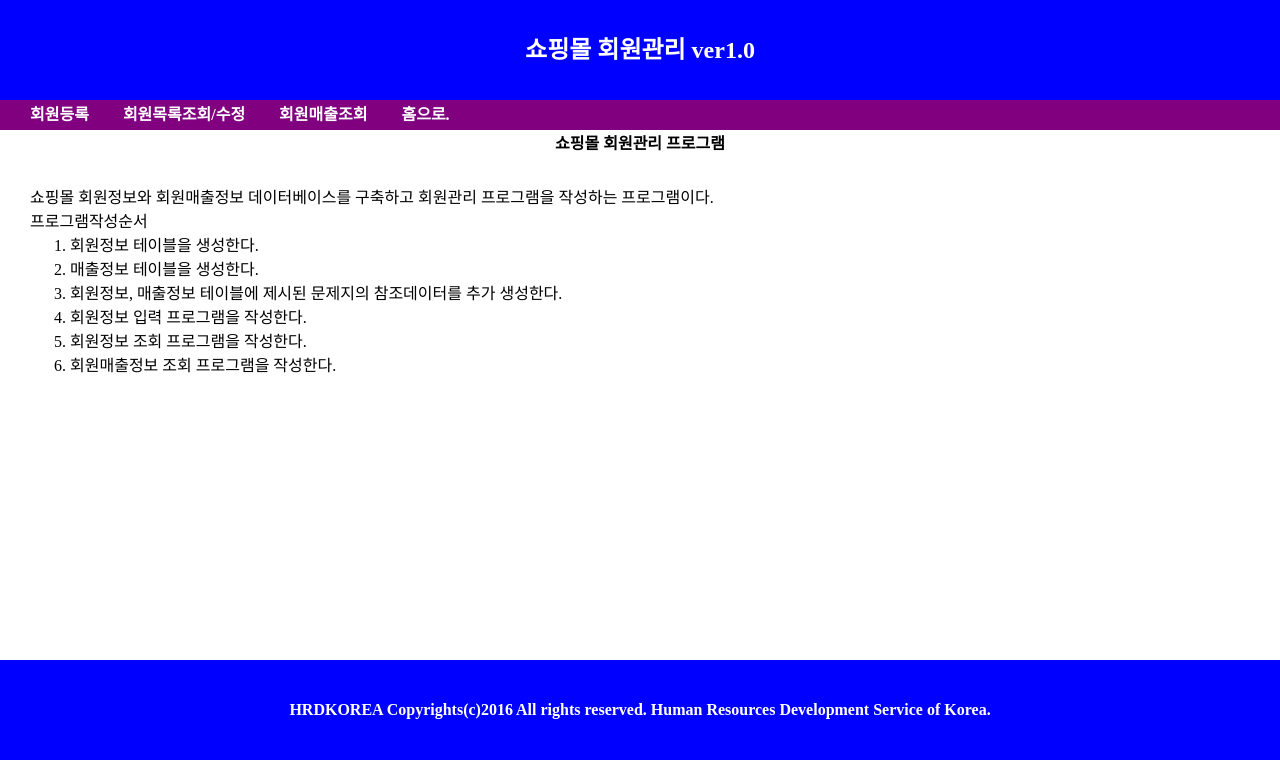
Repository: brightjy/Today-what-I-practiced
Page: http://localhost/HRD_0514/
An editor plug-in stored every save of this project. The page is shown before and after the next save, followed by the edit.
The browser window is 1280 px wide. The pictures show the whole page.
The page is served by Tomcat 9. Other server files are loaded and not shown.

Above is the page before, as saved 2020-05-14 12:19:04.

### hrdkorea_0514/HRD_0514/WebContent/index.jsp
<%@ page language="java" contentType="text/html; charset=UTF-8"
    pageEncoding="UTF-8"%>

<!DOCTYPE html>
<html>
<head>
<meta charset="UTF-8">
<title>Insert title here</title>
</head>
<body>
	<jsp:forward page="view/main.jsp"></jsp:forward>
</body>
</html>

### hrdkorea_0514/HRD_0514/WebContent/view/main.jsp
<%@ page language="java" contentType="text/html; charset=UTF-8"
    pageEncoding="UTF-8"%>
<!DOCTYPE html>
<html>
<head>
<meta charset="UTF-8">
<title>Insert title here</title>
</head>
<body>
<jsp:include page="header.jsp"></jsp:include>
<section>
<h4>쇼핑몰 회원관리 프로그램</h4>
<div>
	<p>쇼핑몰 회원정보와 회원매출정보 데이터베이스를 구축하고 회원관리 프로그램을 작성하는 프로그램이다.</p>
	<p>프로그램작성순서</p>
	<ol>
		<li>회원정보 테이블을 생성한다.</li>
		<li>매출정보 테이블을 생성한다.</li>
		<li>회원정보, 매출정보 테이블에 제시된 문제지의 참조데이터를 추가 생성한다.</li>
		<li>회원정보 입력 프로그램을 작성한다.</li>
		<li>회원정보 조회 프로그램을 작성한다.</li>
		<li>회원매출정보 조회 프로그램을 작성한다.</li>
	</ol>
</div>
</section>
<jsp:include page="footer.jsp"></jsp:include>
</body>
</html>

### hrdkorea_0514/HRD_0514/WebContent/view/header.jsp
<%@ page language="java" contentType="text/html; charset=UTF-8"
    pageEncoding="UTF-8"%>
<% String conPath = request.getContextPath(); %>
<!DOCTYPE html>
<html>
<head>
<meta charset="UTF-8">
<title>Insert title here</title>
<style>
*{margin:0 auto;}
h2, h4{text-align:center;}
a{text-decoration: none; padding-right:30px; color:white; font-weight:bold;}
header,footer{height:100px; background-color:blue; line-height:100px; color:white;}
nav{background-color:purple; height:30px; line-height:30px; padding-left:30px;}
section{height:530px;}
div{margin:30px;}
</style>
</head>
<body>
<header>
<h2>쇼핑몰 회원관리 ver1.0</h2>
</header>
<nav>
	<a href="<%=conPath %>/view/registerMemberView.jsp">회원등록</a>
	<a href="<%=conPath %>/view/memberList.jsp">회원목록조회/수정</a>
	<a href="<%=conPath %>/view/moneyList.jsp">회원매출조회</a>
	<a href="<%=conPath %>/view/main.jsp">홈으로.</a>
</nav>

</body>
</html>

### hrdkorea_0514/HRD_0514/WebContent/view/footer.jsp
<%@ page language="java" contentType="text/html; charset=UTF-8"
    pageEncoding="UTF-8"%>
<!DOCTYPE html>
<html>
<head>
<meta charset="UTF-8">
<title>Insert title here</title>
</head>
<body>
<footer>
<h4>HRDKOREA Copyrights(c)2016 All rights reserved. Human Resources Development Service of Korea.</h4>
</footer>
</body>
</html>

After the next save:
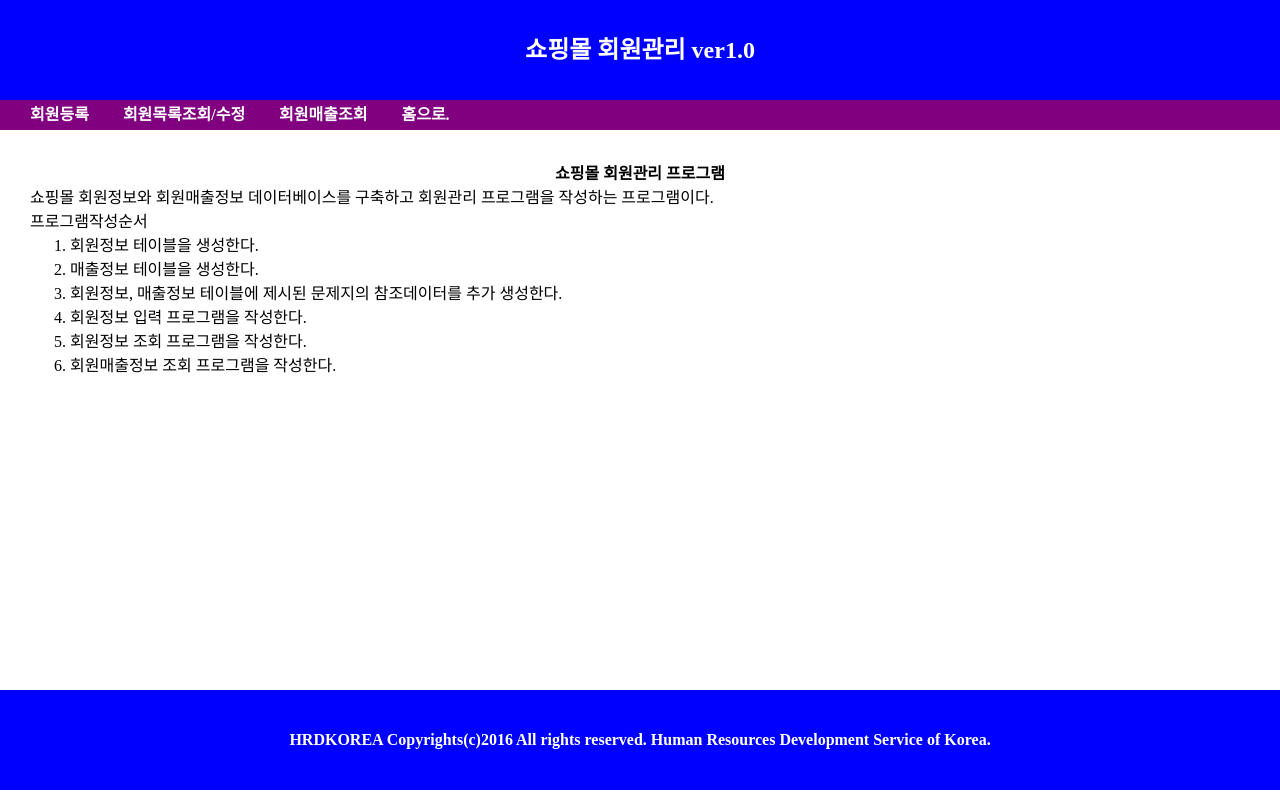
Saved 19 s later.
--- a/hrdkorea_0514/HRD_0514/WebContent/view/main.jsp
+++ b/hrdkorea_0514/HRD_0514/WebContent/view/main.jsp
@@ -9,8 +9,8 @@
 <body>
 <jsp:include page="header.jsp"></jsp:include>
 <section>
-<h4>쇼핑몰 회원관리 프로그램</h4>
 <div>
+	<h4>쇼핑몰 회원관리 프로그램</h4>
 	<p>쇼핑몰 회원정보와 회원매출정보 데이터베이스를 구축하고 회원관리 프로그램을 작성하는 프로그램이다.</p>
 	<p>프로그램작성순서</p>
 	<ol>
